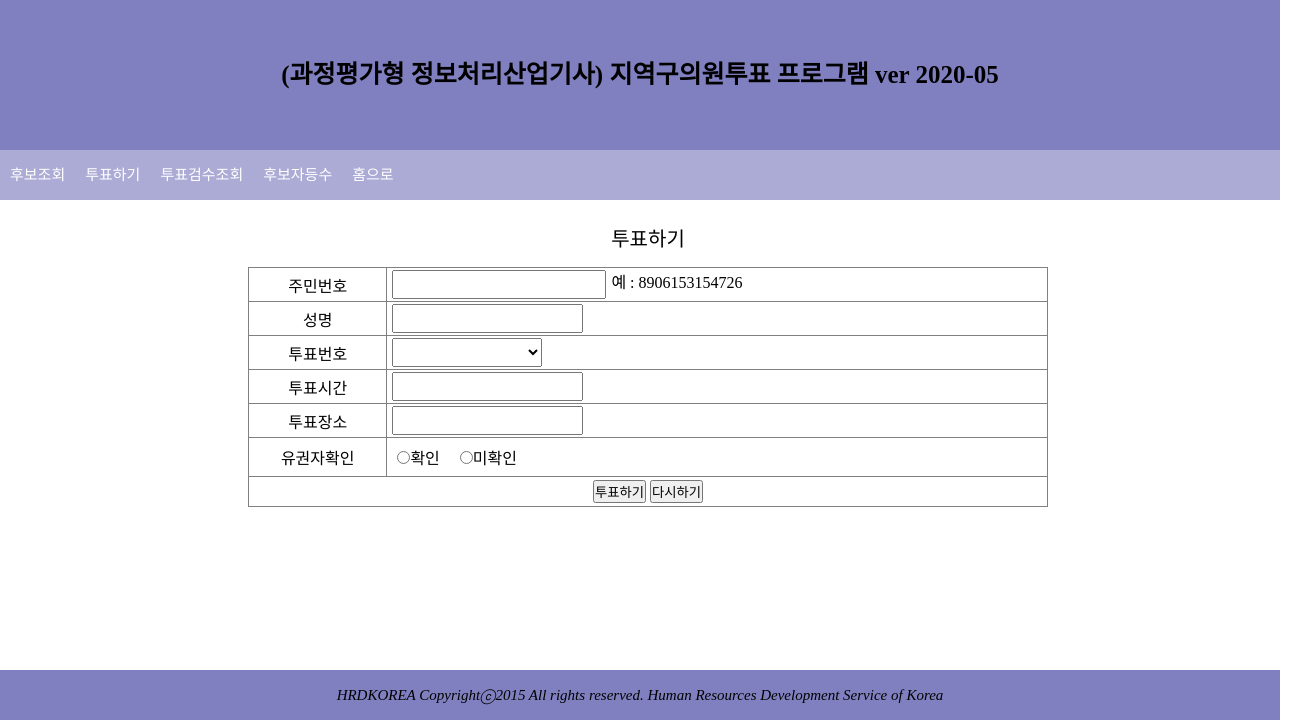
Repository: eunbiro/HRD_1236
Page: http://localhost/HRD_1235/add
The author's editor kept a copy of each file at every save. The page is drawn from the files as they stood at one save, then again after the next save.
The browser window is 1280 px wide. The page is 1296 px wide, so the pictures cover 1296 px, including what lies to the right of the window. The pictures show the whole page.
The page is served by Tomcat 9. Other server files are loaded and not shown.

Above is the page before, as saved 2022-12-22 05:06:00.

### HRD_1235/src/main/webapp/add.jsp
<%@ page language="java" contentType="text/html; charset=UTF-8"
    pageEncoding="UTF-8"%>
<!DOCTYPE html>
<html>
<head>
<meta charset="UTF-8">
<title>투표하기</title>
<link rel="stylesheet" href="style.css">
<script type="text/javascript" src="script.js"></script>
</head>
<body>
	<%@ include file="header.jsp" %>
	<section>
		<div class="title">투표하기</div>
		<form name="frm" action="insert">
			<div class="wrapper">
				<table>
					<tr>
						<td>주민번호</td>
						<td>
							<input type="text" name="jumin" />
							<a>예 : 8906153154726</a>
						</td>
					</tr>
					<tr>
						<td>성명</td>
						<td><input type="text" name="name" /></td>
					</tr>
					<tr>
						<td>투표번호</td>
						<td>
							<select name="number">
								<option></option>
								<option value="1">[1] 김후보</option>
								<option value="2">[2] 이후보</option>
								<option value="3">[3] 박후보</option>
								<option value="4">[4] 조후보</option>
								<option value="5">[5] 최후보</option>
							</select>
						</td>
					</tr>
					<tr>
						<td>투표시간</td>
						<td><input type="text" name="time" /></td>
					</tr>
					<tr>
						<td>투표장소</td>
						<td><input type="text" name="place" /></td>
					</tr>
					<tr>
						<td>유권자확인</td>
						<td>
							<label><input type="radio" name="check" value="Y"/>확인</label>
							<label><input type="radio" name="check" value="N" />미확인</label>
						</td>
					</tr>
					<tr>
						<td colspan="2">
							<button class="btn" type="submit" onclick="fn_submit(); return false;">투표하기</button>
							<button class="btn" type="button" onclick="location='add'">다시하기</button>
						</td>
					</tr>

				</table>
			</div>
		</form>
	</section>
	<%@ include file="footer.jsp" %>
</body>
</html>

### HRD_1235/src/main/webapp/header.jsp
<%@ page language="java" contentType="text/html; charset=UTF-8"
    pageEncoding="UTF-8"%>
<!DOCTYPE html>
<html>
<head>
<meta charset="UTF-8">
<title>Insert title here</title>
</head>
<body>
	<header>(과정평가형 정보처리산업기사) 지역구의원투표 프로그램 ver 2020-05</header>
	<nav>
		<ul class="menu">
			<li><a href="list">후보조회</a></li>
			<li><a href="add">투표하기</a></li>
			<li><a href="result">투표검수조회</a></li>
			<li><a href="rank">후보자등수</a></li>
			<li><a href="home">홈으로</a></li>
		</ul>
	</nav>
</body>
</html>

### HRD_1235/src/main/webapp/footer.jsp
<%@ page language="java" contentType="text/html; charset=UTF-8"
    pageEncoding="UTF-8"%>
<!DOCTYPE html>
<html>
<head>
<meta charset="UTF-8">
<title>Insert title here</title>
</head>
<body>
	<footer>HRDKOREA Copyrightⓒ2015 All rights reserved. Human Resources Development Service of Korea</footer>
</body>
</html>

### HRD_1235/src/main/java/controller/VoteController.java
package controller;

import java.io.IOException;
import java.io.PrintWriter;

import javax.servlet.ServletException;
import javax.servlet.annotation.WebServlet;
import javax.servlet.http.HttpServlet;
import javax.servlet.http.HttpServletRequest;
import javax.servlet.http.HttpServletResponse;

import DAO.VoteDAO;

@WebServlet("/")
public class VoteController extends HttpServlet {
	private static final long serialVersionUID = 1L;

    public VoteController() {
        super();
    }

	protected void doGet(HttpServletRequest request, HttpServletResponse response) throws ServletException, IOException {
		request.setCharacterEncoding("UTF-8");
		doPro(request, response);
	}

	protected void doPost(HttpServletRequest request, HttpServletResponse response) throws ServletException, IOException {
		request.setCharacterEncoding("UTF-8");
		doPro(request, response);
	}

	protected void doPro(HttpServletRequest request, HttpServletResponse response) throws ServletException, IOException {
		String context = request.getContextPath();
		String command = request.getServletPath();
		String site = null;


		System.out.println(context + ", " + command);

		VoteDAO vote = new VoteDAO();

		switch(command) {
		case "/home" :
			site = "index.jsp";
			break;

		case "/list" :
			site = vote.list(request, response);
			break;

		case "/add" :
			site = "add.jsp";
			break;

		case "/insert" :
			int result = vote.insert(request, response);
			response.setContentType("text/html; charset=UTF-8");
			PrintWriter out = response.getWriter();

			if (result == 1) {
				out.println("<script>");
				out.println("alert('투표하기 정보가 정상적으로 등록 되었습니다!'); location.href='home';");
				out.println("</script>");
				out.flush();
			} else {
				out.println("<script>");
				out.println("alert('등록실패!'); location.href='add';");
				out.println("</script>");
				out.flush();
			}
			break;
		}

		getServletContext().getRequestDispatcher("/" + site)
		.forward(request, response);
	}

}

### HRD_1235/src/main/java/DAO/VoteDAO.java
package DAO;

import java.io.IOException;
import java.sql.Connection;
import java.sql.DriverManager;
import java.sql.PreparedStatement;
import java.sql.ResultSet;
import java.util.ArrayList;
import java.util.List;

import javax.servlet.ServletException;
import javax.servlet.http.HttpServletRequest;
import javax.servlet.http.HttpServletResponse;

import DTO.Member;

public class VoteDAO {

	Connection conn = null;
	PreparedStatement ps = null;
	ResultSet rs = null;

	public static Connection getConnection() throws Exception {
		Class.forName("oracle.jdbc.OracleDriver");
		Connection con = DriverManager.getConnection
				("jdbc:oracle:thin:@//localhost:1521/xe","system","sys1234");
		return con;
	}

	public String list(HttpServletRequest request, HttpServletResponse response) throws ServletException, IOException {
		List<Member> list = new ArrayList<Member>();

		try {
			conn = getConnection();
			ps = conn.prepareStatement("SELECT A.M_NO, A.M_NAME, B.P_NAME, "
					+ "DECODE(P_SCHOOL, '1', '고졸', '2', '학사', '3', '석사', '박사') P_SCHOOL, "
					+ "SUBSTR(A.M_JUMIN, 1, 6) || '-' || SUBSTR(A.M_JUMIN, 7) M_JUMIN, "
					+ "A.M_CITY, SUBSTR(B.P_TEL1, 1, 2) || '-' || B.P_TEL2 || '-'  AS P_TEL, B.P_TEL3 "
					+ "FROM TBL_MEMBER_202005 A, TBL_PARTY_202005 B "
					+ "WHERE A.P_CODE = B.P_CODE");
			rs = ps.executeQuery();

			while (rs.next()) {
				Member member = new Member();

				member.setNo(rs.getInt(1));
				member.setName(rs.getString(2));
				member.setCode(rs.getString(3));
				member.setSchool(rs.getString(4));
				member.setJumin(rs.getString(5));
				member.setCity(rs.getString(6));
				member.setTel(rs.getString(7));

				switch (Integer.parseInt(rs.getString(8))%10) {
				case 1:
					member.setTel("1111");
					break;
				case 2:
					member.setTel("2222");
					break;
				case 3:
					member.setTel("3333");
					break;
				case 4:
					member.setTel("4444");
					break;
				case 5:
					member.setTel("5555");
					break;
				}

				list.add(member);
			}

			request.setAttribute("list", list);
			conn.close();
			ps.close();
			rs.close();
		} catch (Exception e) {
			e.printStackTrace();
		}
		return "list.jsp";
	}

	public int insert(HttpServletRequest request, HttpServletResponse response) throws ServletException, IOException {
		String jumin = request.getParameter("jumin");
		String name = request.getParameter("name");
		String number = request.getParameter("number");
		String time = request.getParameter("time");
		String place = request.getParameter("place");
		String check = request.getParameter("check");

		int result = 0;

		System.out.println(name + ", " + number + ", " + check);

		try {
			conn = getConnection();
			String sql = "INSERT INTO TBL_VOTE_202005 VALUES (?, ?, ?, ?, ?, ?)";
			ps = conn.prepareStatement(sql);

			ps.setString(1, jumin);
			ps.setString(2, name);
			ps.setString(3, number);
			ps.setString(4, time);
			ps.setString(5, place);
			ps.setString(6, check);

			result = ps.executeUpdate();
			System.out.println(result);

			conn.close();
			ps.close();

		} catch (Exception e) {
			e.printStackTrace();
		}

		return result;
	}
}

### HRD_1235/src/main/webapp/style.css
@charset "UTF-8";

* {
	margin: 0;
	padding: 0;
}

a {
	text-decoration: none;
	color: #fff;
}

header {
	width: 100%;
	height: 150px;
	line-height: 150px;
	background: #8080c0;
	font-size: 25px;
	text-align: center;
	font-weight: 900;
}

.menu {
	display: flex;
	list-style: none;
	width: 100%;
	background: #ababd6;
}

.menu li {
	margin: 5px;
	padding: 5px;
	height: 30px;
	line-height: 30px;
	font-size: 15px;
}

section {
	width: 100%;
	height: 100%;
	padding: 8px;
}

.title {
	width: 100%;
	margin: 15px 0;
	font-size: 20px;
	text-align: center;
	font-weight: 500;
}

.wrapper {
	display: flex;
	justify-content: center;
	align-items: center;
	text-align: center;
}

table {
	width: 800px;
}

table, tr, td, th {
	border: 1px solid gray;
	border-collapse: collapse;
}

table tr {
	height: 30px;
}

td > input, td select, td label {
	float: left;
	padding: 5px;
	margin: 2px 5px;
}

td select {
	width: 150px;
}

td input[name=jumin] {
	width: 200px;
}

td a {
	float: left;
	color: #000000;
	height: 30px;
	line-height: 30px;
}



footer {
	position: fixed;
	width: 100%;
	height: 50px;
	line-height: 50px;
	bottom: 0;
	background: #8080c0;
	font-size: 15px;
	font-style: italic;
	text-align: center;
}

### HRD_1235/src/main/webapp/script.js
function fn_submit() {
	var fn = document.frm;

	if (fn.jumin.value == "") {
		alert("주민번호가 입력되지 않았습니다!");
		fn.jumin.focus();
		return false;
	}

	if (fn.name.value == "") {
		alert("성명이 입력되지 않았습니다!");
		fn.name.focus();
		return false;
	}

	if (fn.number.value == "") {
		alert("후보번호가 선택되지 않았습니다!");
		fn.number.focus();
		return false;
	}

	if (fn.time.value == "") {
		alert("투표시간이 입력되지 않았습니다!");
		fn.time.focus();
		return false;
	}

	if (fn.place.value == "") {
		alert("투표장소가 입력되지 않았습니다!");
		fn.place.focus();
		return false;
	}

	if (fn.check.value == "") {
		alert("유권자확인이 선택되지 않았습니다!");
		fn.jumin.focus();
		return false;
	}

	fn.submit();
}

After the next save:
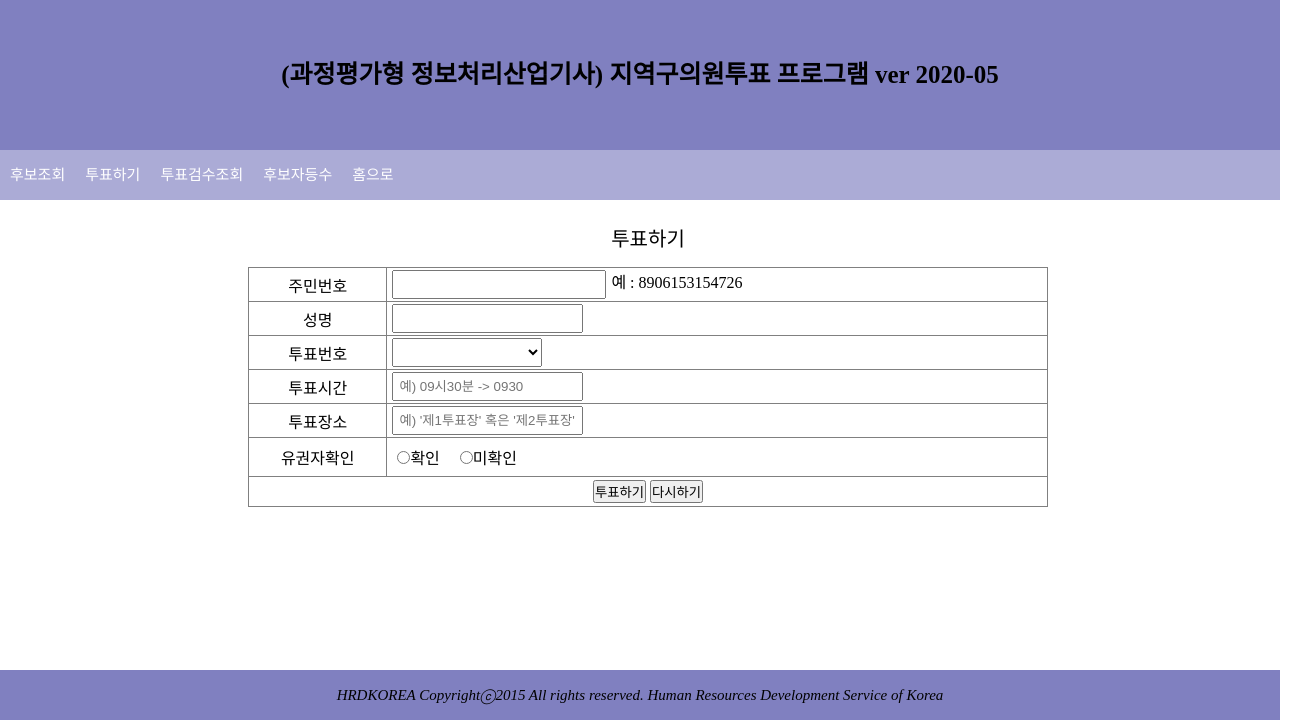
Saved 8 min 36 s later.
--- a/HRD_1235/src/main/webapp/add.jsp
+++ b/HRD_1235/src/main/webapp/add.jsp
@@ -41,11 +41,11 @@
 					</tr>
 					<tr>
 						<td>투표시간</td>
-						<td><input type="text" name="time" /></td>
+						<td><input type="text" name="time" placeholder="예) 09시30분 -> 0930" /></td>
 					</tr>
 					<tr>
 						<td>투표장소</td>
-						<td><input type="text" name="place" /></td>
+						<td><input type="text" name="place"placeholder="예) '제1투표장' 혹은 '제2투표장'" /></td>
 					</tr>
 					<tr>
 						<td>유권자확인</td>
